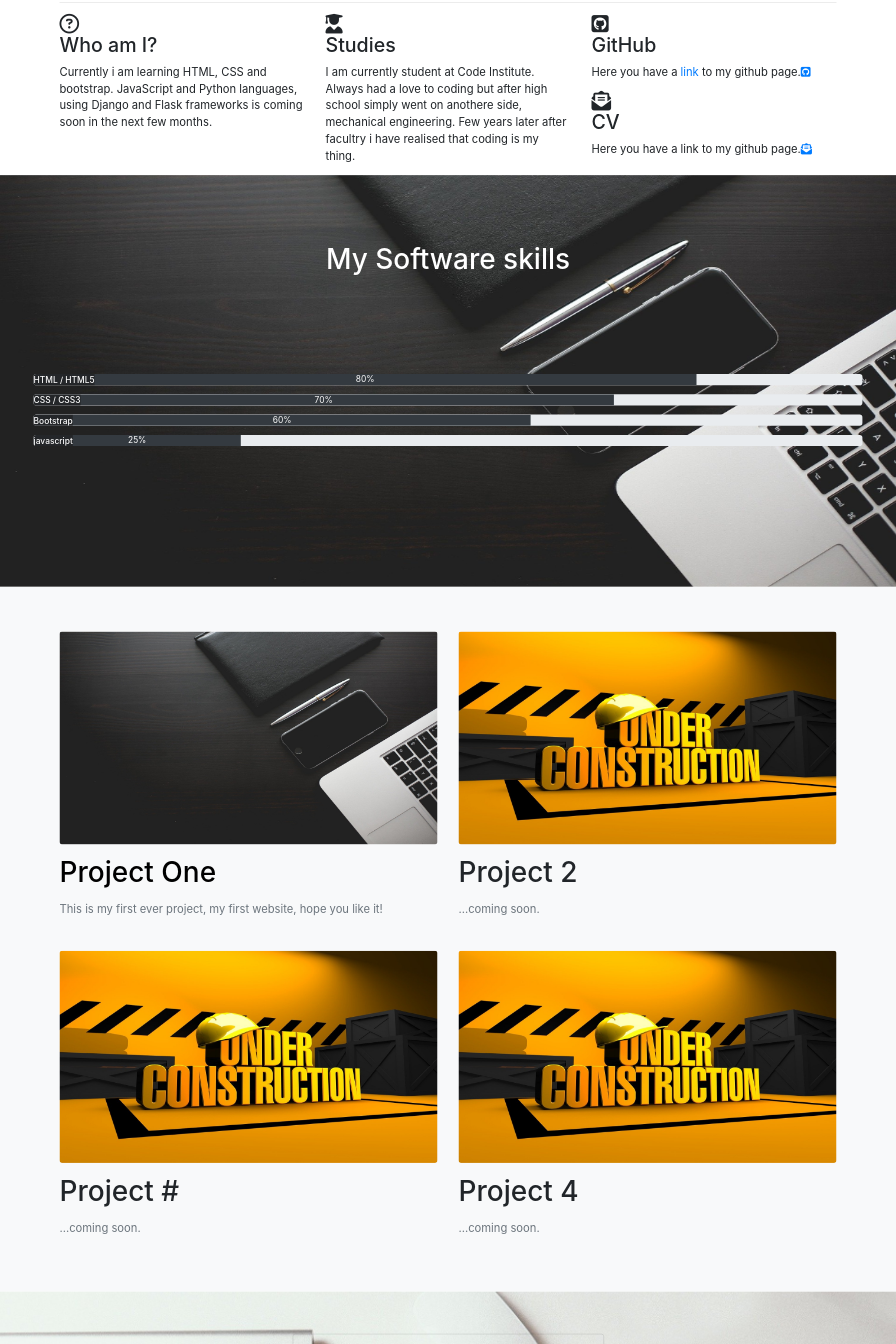
Repository: Kraljiccar/User-Centric-Frontend-Development-Milestone-Project
Page: index.html
The author's editor kept a record of every edit. The page is drawn from the files as they stood at one moment, then again after the next edit.
The browser window is 1280 px wide. The pictures show the part of the page from y = 796 to 2716 px (the page is 3378 px tall before and 3403 px after), at 70% of full size.
Backgrounds fixed to the window are drawn as part of the page. Some web libraries are served in a nearby version.

Above is the page before.

### index.html
<!DOCTYPE html>
<html lang="en-US">

<head>
    <meta charset="UTF-8">
    <meta name="viewport" content="width=device-width, initial-scale=1.0">
    <meta http-equiv="X-UA-Compatible" content="ie=edge">
    <link rel="stylesheet" href="./assets/css/style.css" type="text/css" />
    <script src="https://kit.fontawesome.com/34f2385a53.js" crossorigin="anonymous"></script>
    <link rel="stylesheet" href="https://stackpath.bootstrapcdn.com/bootstrap/4.3.1/css/bootstrap.min.css" integrity="sha384-ggOyR0iXCbMQv3Xipma34MD+dH/1fQ784/j6cY/iJTQUOhcWr7x9JvoRxT2MZw1T" crossorigin="anonymous">
    <link rel="stylesheet" href="https://stackpath.bootstrapcdn.com/font-awesome/4.7.0/css/font-awesome.min.css" type="text/css" />

    <title>Nemanja Kraljic</title>
</head>

<body data-spy="scroll" data-target="#navbarResponsive">
    <nav class="navbar navbar-expand-sm transparent navbar-dark p-2 fixed-top">
        <div class="container">
  <button class="navbar-toggler" type="button" data-toggle="collapse" data-target="#navbarTogglerDemo03" aria-controls="navbarTogglerDemo03" aria-expanded="false" aria-label="Toggle navigation">
    <span class="navbar-toggler-icon"></span>
  </button>


  <div class="collapse navbar-collapse justify-content-end  " id="navbarTogglerDemo03">

    <ul class="nav navbar-nav navbar-right">
      <li class="nav-item">
        <a class="nav-link" href="#banner">Home <span class="sr-only">(current)</span></a>
      </li>
      <li class="nav-item">
        <a class="nav-link" href="#about-me">About me</a>
      </li>
       <li class="nav-item">
        <a class="nav-link" href="#skills">My skills</a>
      </li>
       <li class="nav-item">
        <a class="nav-link" href="#projects">My projects</a>
      </li>
       <li class="nav-item">
        <a class="nav-link" href="#contact">Contact me</a>
      </li>

    </ul>
    </div>
  </div>
</nav>
    <section id="banner">
        <div class="container">
            <div class="row max-viewport align-items-center text-center">
                <div class="col-md-6 ">
                    <h1 class="text-white text-uppercase">Nemanja Kraljic</h1>
                    <h3 class="text-white">-Software developer-</h2>

                </div>
            </div>
        </div>
    </section>
    <!-----about me----->
    <section id="about-me">
        <div class="container-wrapper">
    <div class="container features-container content-container">
        <section class="about">
            <div class="row">
                <div class="col-12 page-header">
                    <h2>About:</h2>
                    <hr class="block-devider block-devider-short block-devider--white">
                </div>
            </div>
            <div class="row">
                <div class="col-12 col-md-4 col-lg-4">
                    <div class="feature">
                        <h3><i class="far fa-question-circle d-none d-sm-block"> </i>Who am I?</h3>
                       <p>Currently i am learning HTML, CSS and bootstrap. JavaScript and Python languages, using Django and Flask frameworks is coming soon in the next few months.</p>
                    </div>
                </div>
                <div class="col-12 col-md-4 col-lg-4">
                    <div class="feature">
                        <h3><i class="fas fa-user-graduate d-none d-sm-block"> </i>Studies</h3>
                         <p>I am currently student at Code Institute. Always had a love to coding but after high school simply went on anothere side, mechanical engineering. Few years later after facultry i have realised that coding is my thing.</p>


                    </div>
                </div>
                <div class="col-12 col-md-4 col-lg-4">
                    <div class="feature">
                        <h3><i class="fab fa-github-square d-none d-sm-block"> </i>GitHub</h3>
                        <p>Here you have a <a href="https://github.com/Kraljiccar" target="_blank">link</a> to my github page.<span><a href="https://github.com/Kraljiccar" target="_blank"><i class="fab fa-github-square"></i></a></span></p>

                        <h3><i class="fas fa-envelope-open-text d-none d-sm-block"> </i>CV</h3>
                        <p>Here you have a link to my github page.<span><a href="https://github.com/Kraljiccar" target="_blank"><i class="fas fa-envelope-open-text "></i></a></span></p>

                    </div>
                </div>
            </div>

    </div>
    </div>
    </section>
    <!-----skills---->
    <section id="skills" class="p-5">
        <div class="naslov">
            <h1 class="mb-5 mt-5"> My Software skills</h1>
        </div>
       <div class="row progress-section">
                    <div class="col">
                        <div class="progress" >
                            <div class="progress-bar bg-dark" role="progressbar" aria-valuenow="80" aria-valuemin="0" aria-valuemax="100" style="width:80%;">
                                <span class="sl-only">80% </span>
                            </div>
                            <span class="progress-type">HTML / HTML5</span>
                        </div>
                        <div class="progress">
                            <div class="progress-bar bg-dark" role="progressbar" aria-valuenow="70" aria-valuemin="0" aria-valuemax="100" style="width:70%;">
                                <span class="sl-only">70% </span>
                            </div>
                            <span class="progress-type">CSS / CSS3</span>
                        </div>
                        <div class="progress">
                            <div class="progress-bar bg-dark" role="progressbar" aria-valuenow="60" aria-valuemin="0" aria-valuemax="100" style="width:60%;">
                                <span class="sl-only">60%</span>
                            </div>
                            <span class="progress-type">Bootstrap</span>
                        </div>
                        <div class="progress">
                            <div class="progress-bar bg-dark" role="progressbar" aria-valuenow="25" aria-valuemin="0" aria-valuemax="100" style="width:25%;">
                                <span class="sl-only">25% </span>
                            </div>
                            <span class="progress-type">javascript</span>
                        </div>

                    </div>
                </div>
</div>
</div>
    </section>

    <section id="projects" class="p-5 bg-light">
        <div class="container">
            <div class="row">
                <div class="col-sm-6 my-3" >
                  <a class="project-link" href="#banner">  <img src="assets/images/office.jpg" alt="#" class="img-fluid rounded" alt="picture">
                    <h1 class="my-3">Project One</h1>
                    <p class="text-muted">This is my first ever project, my first website, hope you like it!</p>
               </a>
                </div>
                <div class="col-sm-6 my-3">
                    <img src="assets/images/under-construction.jpg" alt="#" class="img-fluid rounded" alt="picture">
                    <h1 class="my-3">Project 2</h1>
                    <p class="text-muted">...coming soon.</p>
                </div>
                <div class="col-sm-6 my-3">
                    <img src="assets/images/under-construction.jpg" alt="#" class="img-fluid rounded" alt="picture">
                    <h1 class="my-3">Project #</h1>
                    <p class="text-muted">...coming soon.</p>
                </div>
                <div class="col-sm-6 my-3">
                    <img src="assets/images/under-construction.jpg" alt="#" class="img-fluid rounded" alt="picture">
                    <h1 class="my-3">Project 4</h1>
                    <p class="text-muted">...coming soon.</p>
                </div>


            </div>
        </div>
    </section>
    <section id="contact">
        <div class="container">
            <div class="row justify justify-content-center">
                <div class="col-11 col-md-8 col-lg-6 col-xl-5">
                    <form class="">
                        <div class="card bg-transparent">
                            <div class="row mt-0">
                                <div class="col-md-12 ">
                                    <h4 class="">Contact Me</h4>
                                    <p>Feel free to contact me if you have any projects or job for me.</p>
                                </div>
                            </div>
                            <div class="form-group row mb-3">
                                <div class="col-md-12 mb-0">
                                    <p class="mb-1">Email</p> <input id="e-mail" type="text" placeholder="Enter your email" name="email" class="form-control input-box rm-border">
                                </div>
                            </div>
                            <div class="form-group row">
                                <div class="col-md-12 mb-2">
                                    <p class="mb-1">Message</p> <textarea id="message" type="text" placeholder="Enter your message" name="message" class="form-control input-box rm-border"></textarea>
                                </div>
                            </div>
                            <div class="form-group row justify-content-center mb-0">
                                <div class="col-md-12 px-3"> <input type="submit" value="Send" class="btn btn-block btn-dark rm-border"> </div>
                            </div>
                        </div>
                    </form>
                </div>
            </div>
        </div>
    </section>
    <section id="footer" class="p-2 bg-dark">
        <div class="container">
            <div class="row">
                <div class="col text-center">
                    <h4 class="text-white text-capiralize">&copy;Copyright Kraljic 2019</h4>
                </div>
            </div>
        </div>

    </section>
    <!-----Script---->
    <script src="https://code.jquery.com/jquery-3.3.1.slim.min.js" integrity="sha384-q8i/X+965DzO0rT7abK41JStQIAqVgRVzpbzo5smXKp4YfRvH+8abtTE1Pi6jizo" crossorigin="anonymous"></script>
    <script src="https://cdnjs.cloudflare.com/ajax/libs/popper.js/1.14.7/umd/popper.min.js" integrity="sha384-UO2eT0CpHqdSJQ6hJty5KVphtPhzWj9WO1clHTMGa3JDZwrnQq4sF86dIHNDz0W1" crossorigin="anonymous"></script>
    <script src="https://stackpath.bootstrapcdn.com/bootstrap/4.3.1/js/bootstrap.min.js" integrity="sha384-JjSmVgyd0p3pXB1rRibZUAYoIIy6OrQ6VrjIEaFf/nJGzIxFDsf4x0xIM+B07jRM" crossorigin="anonymous"></script>
</body>

</html>

### assets/css/style.css


body {
 font-family: 'Calistoga', cursive;

  margin: 0;
  padding: 0;
}

.transparent {
  background-color: rgba(0, 0, 0, 0.6);
}

/*---------------------------------------------Home */


.max-viewport {
  min-height: 100vh;
}


#banner,
#skills {
  background: url("../images/office.jpg"), linear-gradient(rgba(179, 179, 179, 1), rgba(247, 247, 247, 1));
  background-attachment: fixed;
  background-position: center center;
  background-repeat: no-repeat;
  background-size: cover;

}

/*---------------------------------------------About me */

.container-wrapper {
  margin-top: 25px;
  margin-: 25px;
}
/*---------------------------------------------My skills */
.naslov {
  color: #fff;
}

.naslov h1 {
  text-align: center;
}

.progress {
  position: relative;
  height: 25px;
  margin-bottom: 13px;
}

.progress-type {
  position: absolute;
  left: 0px;
  font-weight: 500;
  color: #fafafa;
  background-color: rgba(25, 25, 25, 0.6);

}

.progress-section {
  margin: 140px 20px;
  background-color: transparent;

}

/*---------------------------------------------My projects */

.img-fluid {
  width: 100%;
  height: 20%;
  background-position: center;
  background-size: cover;
  background-repeat: no-repeat;

}

.project-link {
  color: black;
}

.img-fluid:hover {
  transform: translateY(-50px), translatex(-50px);
  box-shadow: 0 15px 35px rgba(0, 0, 0, 0.9);
}



.project-link:hover {
  color: grey;
}

/*---------------------------------------------Contact me */

#contact {
  width: 100%;
  height: 95vh;
  background-image: url(../images/keyboard.jpg);
  background-position: center center;
  background-size: cover;
  background-attachment: fixed;
}

.box {
  margin: auto
}

.card {
  padding: 8%;
  padding-top: 35px;
  margin-top: 60px;
  margin-bottom: 80px
}

textarea[name="message"] {
  resize: none
}

#e-mail {
  height: 45px
}

#message {
  height: 120px
}

input.input-box,
textarea.input-box {
  background-color: #fff;
  border: #616161;
  color: #000;
}

input.input-box:focus,
textarea.input-box:focus {
  background-color: #F5F5F5;
  color: #000;
}

.rm-border:focus {
  border-color: inherit;
  -webkit-box-shadow: none;
  box-shadow: none
}

form .form-control::-webkit-input-placeholder {
  color: #9E9E9E
}


/*---------------------------------------------footer */

#footer{
  margin-bottom: 0;
  background: fixed;
}

After the next edit:
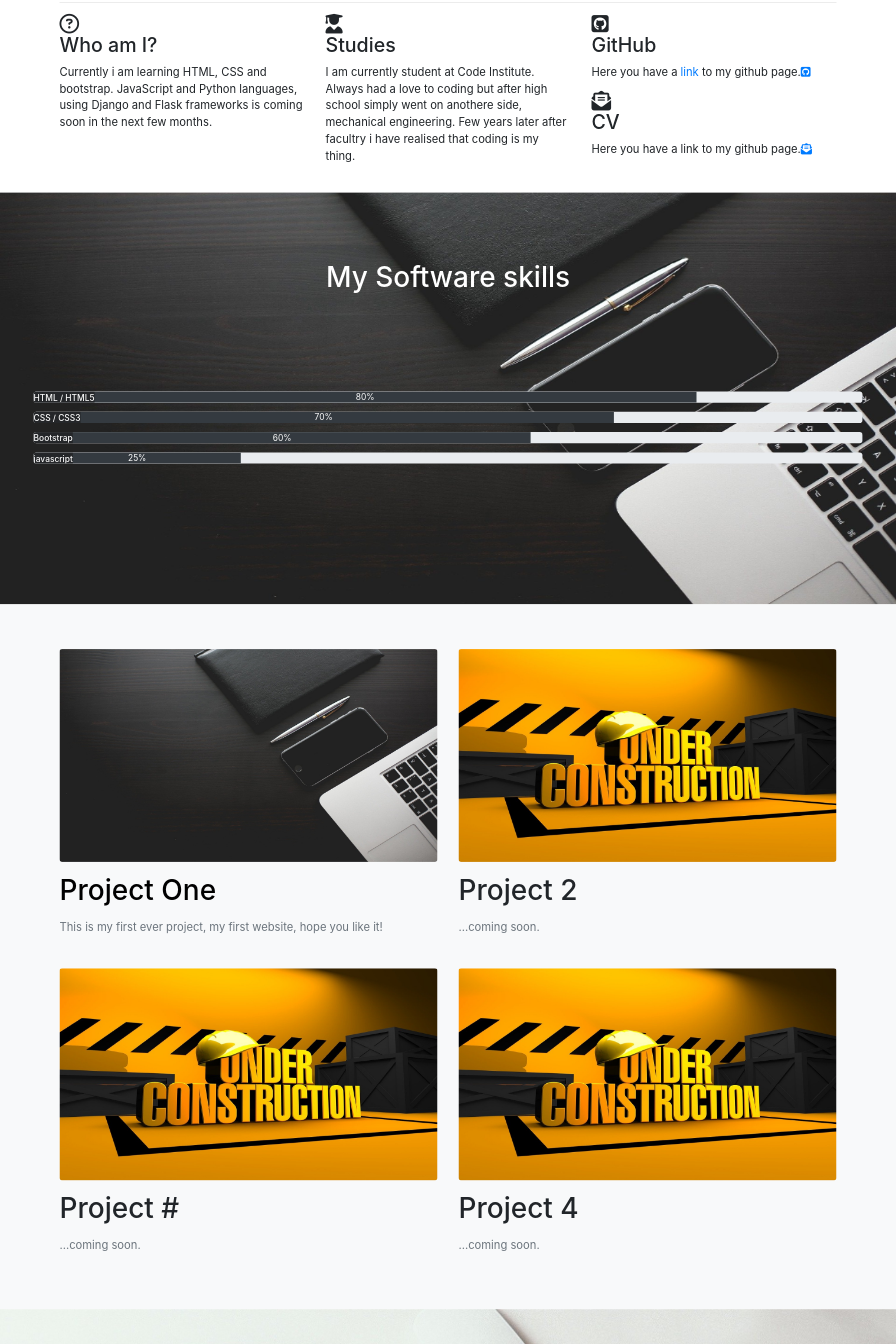
The edit:
--- a/assets/css/style.css
+++ b/assets/css/style.css
@@ -33,7 +33,7 @@
 
 .container-wrapper {
   margin-top: 25px;
-  margin-: 25px;
+  margin-bottom: 25px;
 }
 /*---------------------------------------------My skills */
 .naslov {
